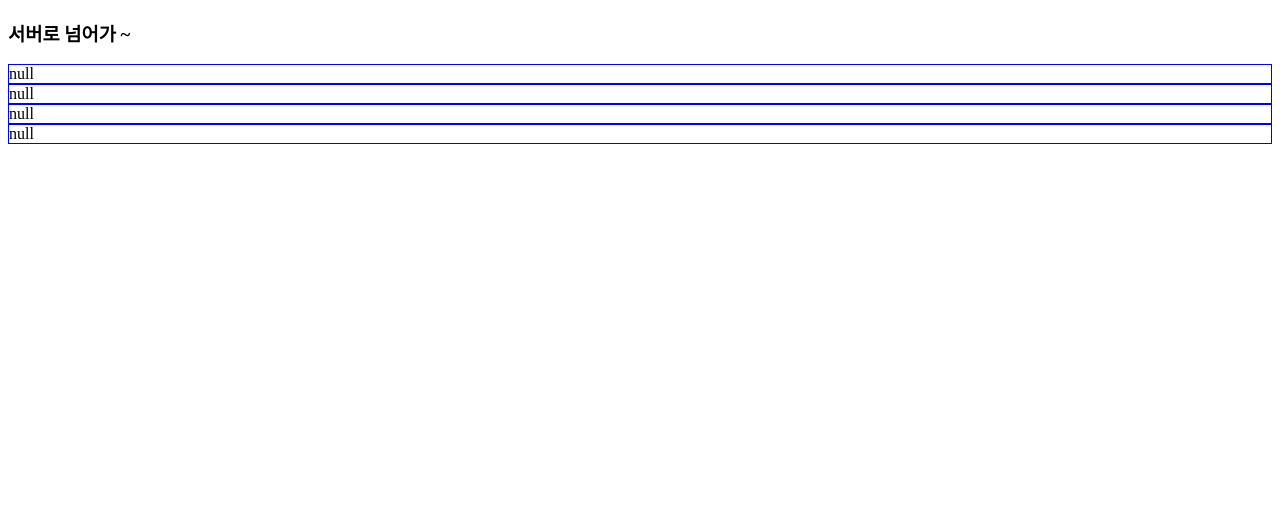
Repository: hyejux/jsp
Page: http://localhost/JSPBasic/request/request02.jsp
These files come from the project's save history. The page is drawn as it stood at one moment and after the next save; the edit follows.
The browser window is 1280 px wide. The pictures show the whole page.
The page is served by Tomcat 10.

Above is the page before, as saved 2024-06-25 06:09:21.

After the next save:
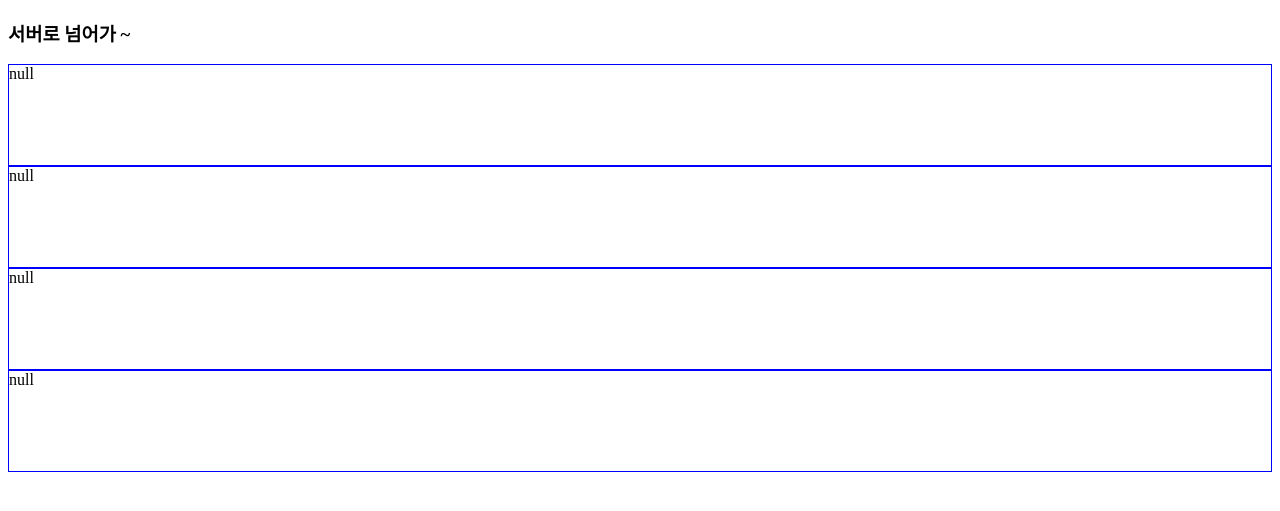
Saved 34 s later.
--- a/JSPBasic/src/main/webapp/request/request02.jsp
+++ b/JSPBasic/src/main/webapp/request/request02.jsp
@@ -16,6 +16,8 @@ String submit = request.getParameter("submit");
 <style>
 
 div {
+height: 100px;
+witdh : 100px;
 border: 1px solid blue;
 }
 
